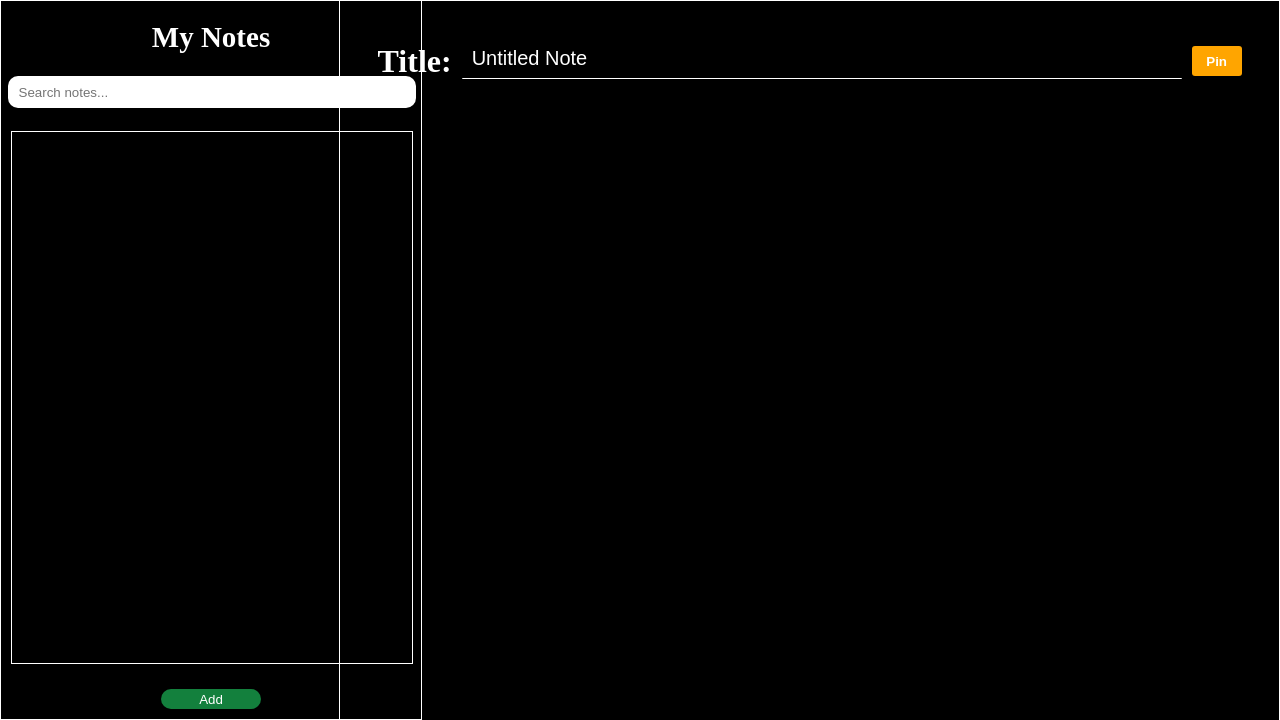
Repository: dmpelaez/myNotes
Page: QuickNotes.html
An editor plug-in stored every save of this project. The page is shown before and after the next save, followed by the edit.
The browser window is 1280 px wide. The pictures show the whole page.

Above is the page before, as saved 2025-12-18 21:17:42.

After the next save:
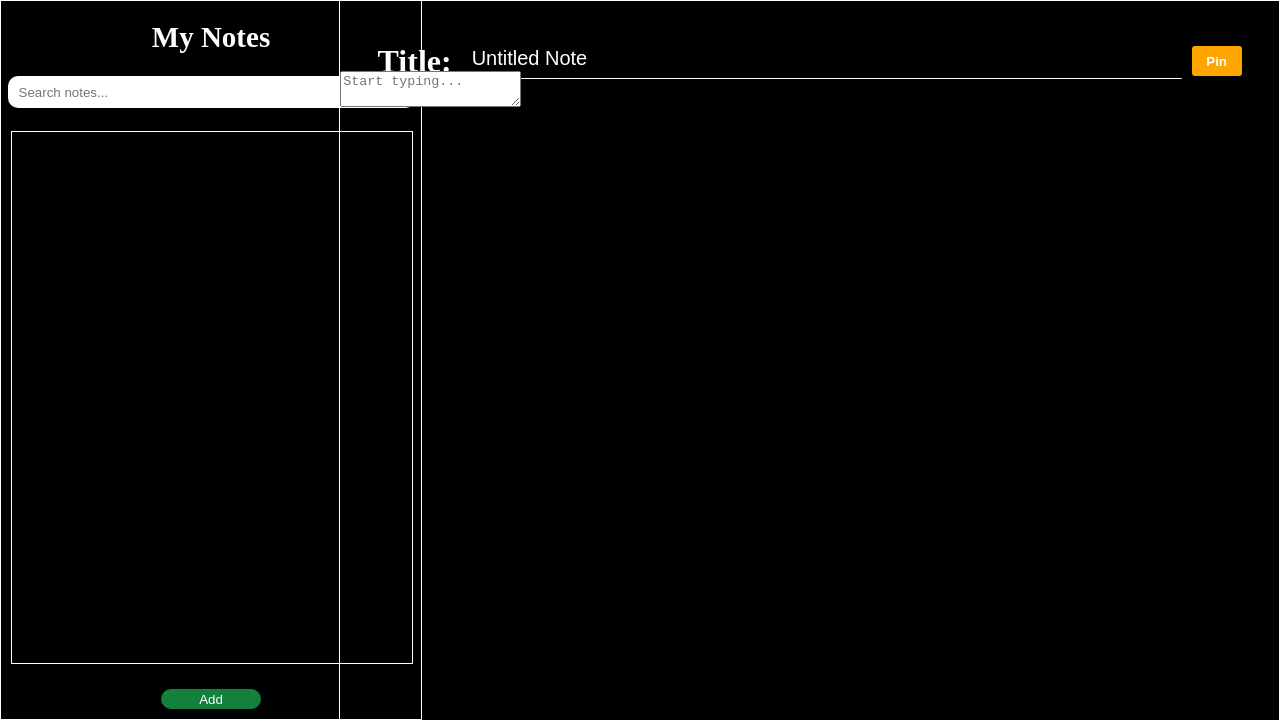
Saved 89 s later.
--- a/QuickNotes.html
+++ b/QuickNotes.html
@@ -37,6 +37,12 @@
           <h1>Title:</h1>
           <input class="title-notes" placeholder="Untitled Note">
           <button class="pin-btn">Pin</button>
+        </div>
+
+        <!--text area-->
+        <div class="texting-area">
+
+          <textarea class="textarea" placeholder="Start typing..."></textarea>
 
         </div>
 
